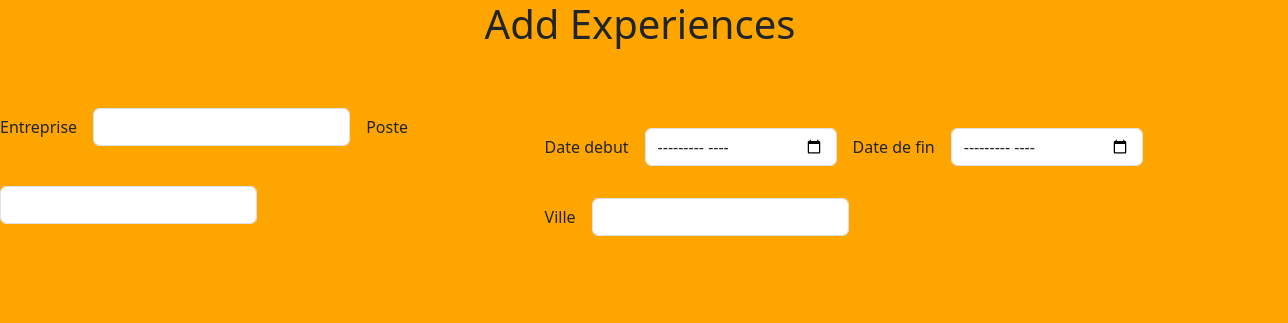
Repository: moAllElite/Examen-EJB-WEB-EAR
Page: http://localhost/SearchJobsWeb/views/exp_form_skills/addExp.jsp
These files come from the project's save history. The page is drawn as it stood at one moment and after the next save; the edit follows.
The browser window is 1280 px wide. The page is 1288 px wide, so the pictures cover 1288 px, including what lies to the right of the window. The pictures show the whole page.
The page is served by Tomcat 9. Nobody is signed in. The application's start-up code is not run. Other server files are loaded and not shown.

Above is the page before, as saved 2023-03-25 22:31:19.

### SearchJobsWeb/src/main/webapp/views/exp_form_skills/addExp.jsp
<%@ page language="java" contentType="text/html; charset=ISO-8859-1"
    pageEncoding="ISO-8859-1"%>
<!DOCTYPE html>
<html>
<head>
<meta charset="ISO-8859-1">
<title>Experience</title>
</head>
<body>
	<h1 class="text-center ">Add Experiences</h1>
	<form method="post" action="AddExperience">
		<jsp:include page="main.jsp"></jsp:include>
	</form>
</body>
</html>

### SearchJobsWeb/src/main/webapp/views/exp_form_skills/main.jsp
<%@ page language="java" contentType="text/html; charset=ISO-8859-1"
    pageEncoding="ISO-8859-1"%>
<!DOCTYPE html>
<html>
<head>
<meta charset="ISO-8859-1">
<title>Insert title here</title>
	 <link href="https://cdn.jsdelivr.net/npm/bootstrap@5.3.0-alpha1/dist/css/bootstrap.min.css" rel="stylesheet" integrity="sha384-GLhlTQ8iRABdZLl6O3oVMWSktQOp6b7In1Zl3/Jr59b6EGGoI1aFkw7cmDA6j6gD" crossorigin="anonymous">

	</head>
	<body  style="background-color: orange;">
		<!-- Example Code -->
    <div class="d-flex justify-content-evenly mt-5">
	    <div class="row g-3 align-items-center">
		      <div class="col-auto">
		        <label for="inputPassword6" class="col-form-label">Entreprise</label>
		      </div>
		      <div class="col-auto">
		        <input type="text"  class="form-control" name="societe" name="" aria-describedby="addon-wrapping">
		      </div>
		      <div class="col-auto">
		      <label for="inputPassword6" class="col-form-label">Poste</label>
		    </div>
		    <div class="col-auto">
		      <input type="text"  class="form-control" name="poste" required="required" aria-describedby="addon-wrapping">
		    </div>
	  	</div>
	  	<!-- Example Code -->

	    <div class="row g-3 align-items-center mt-3">
	      <div class="col-auto">
	        <label for="inputPassword6" class="col-form-label">Date debut</label>
	      </div>
	      <div class="col-auto">
	        <input type="month" name="datedb"  class="form-control" required="required"  aria-describedby="addon-wrapping">
	      </div>
	      <div class="col-auto">
	      <label for="inputPassword6" class="col-form-label">Date de fin</label>
	    </div>
	    <div class="col-auto">
	      <input type="month"  name="datefn" required="required" class="form-control"  aria-describedby="addon-wrapping">
	    </div>
	    <div class="row g-3 align-items-center mt-3">
	      <div class="col-auto">
	        <label for="inputPassword6" class="col-form-label">Ville</label>
	      </div>
	      <div class="col-auto">
	        <input type="text" name="ville"  class="form-control" required="required"  aria-describedby="addon-wrapping">
	      </div>
	      </div>
	  </div>
	  </div>
	  	<script src="https://cdn.jsdelivr.net/npm/@popperjs/core@2.11.6/dist/umd/popper.min.js" integrity="sha384-oBqDVmMz9ATKxIep9tiCxS/Z9fNfEXiDAYTujMAeBAsjFuCZSmKbSSUnQlmh/jp3" crossorigin="anonymous"></script>
		<script src="https://cdn.jsdelivr.net/npm/bootstrap@5.3.0-alpha1/dist/js/bootstrap.min.js" integrity="sha384-mQ93GR66B00ZXjt0YO5KlohRA5SY2XofN4zfuZxLkoj1gXtW8ANNCe9d5Y3eG5eD" crossorigin="anonymous"></script>

	</body>
</html>

After the next save:
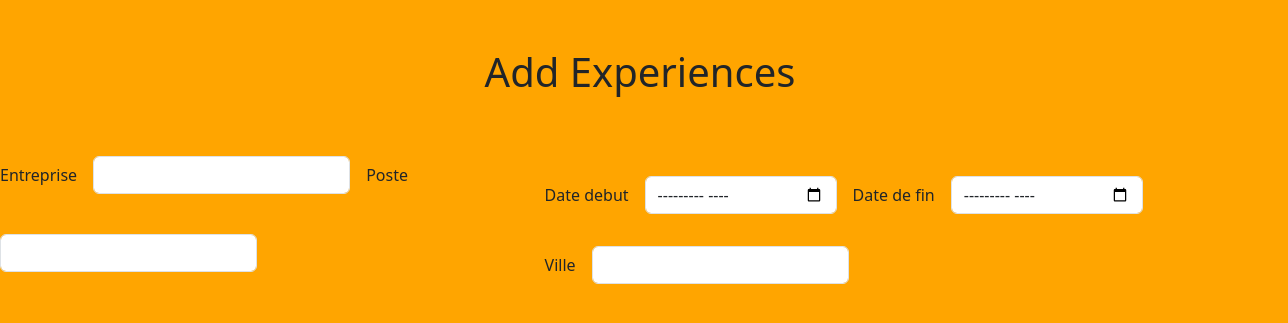
Saved 9 s later.
--- a/SearchJobsWeb/src/main/webapp/views/exp_form_skills/addExp.jsp
+++ b/SearchJobsWeb/src/main/webapp/views/exp_form_skills/addExp.jsp
@@ -7,7 +7,7 @@
 <title>Experience</title>
 </head>
 <body>
-	<h1 class="text-center ">Add Experiences</h1>
+	<h1 class="text-center mt-5">Add Experiences</h1>
 	<form method="post" action="AddExperience">
 		<jsp:include page="main.jsp"></jsp:include>
 	</form>
